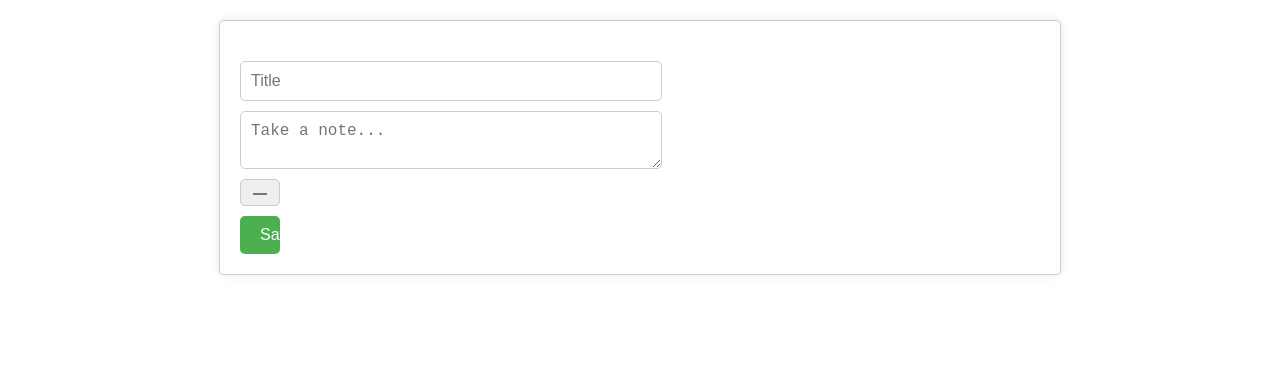
Repository: drumsmanku/google-keep-clone-1
Page: /
These files come from the project's save history. The page is drawn as it stood at one moment and after the next save; the edit follows.
The browser window is 1280 px wide. The pictures show the whole page.
The project was rebuilt for these pictures with package versions that can differ from the ones it lists, and the page was loaded fresh each time. Also part of the build but not shown: src/Components/Note.css, src/Components/Note.js.

Above is the page before, as saved 2023-12-23 10:53:05.

### src/App.js
import React, { useState, useEffect } from 'react';
import NoteList from './Components/NoteList';
import NoteForm from './Components/NoteForm';
import './App.css';

function App() {
  // Load notes from local storage or set to empty array
  const [notes, setNotes] = useState(
    JSON.parse(localStorage.getItem('notes')) || []
  );

  // This effect saves notes to local storage whenever notes state changes
  useEffect(() => {
    localStorage.setItem('notes', JSON.stringify(notes));
  }, [notes]);

  const createNote = (note) => {
    setNotes([note, ...notes]); // Prepend the new note to the beginning of the list
  };

  const editNote = (id, updatedNote) => {
    setNotes(notes.map(note => note.id === id ? updatedNote : note));
  };

  const deleteNote = (id) => {
    setNotes(notes.filter(note => note.id !== id)); // Remove note by id
  };

  return (
    <div className="app">
      <NoteForm onCreate={createNote} />
      <NoteList notes={notes} onDelete={deleteNote} onEdit={editNote} />
    </div>
  );
}

export default App;

### src/Components/NoteList.js
// NoteList does not need to change much, but it will pass the delete and edit functions down to Notes.
import React from 'react';
import Note from './Note';
import './NoteList.css';

function NoteList({ notes, onDelete, onEdit }) {
  return (
    <div className="note-list">
      {notes.map((note) => (
        <Note
          key={note.id}
          note={note}
          onDelete={onDelete}
          onEdit={onEdit}
        />
      ))}
    </div>
  );
}

export default NoteList;

### src/Components/NoteForm.js
// NoteForm will handle the creation of new notes.
import React, { useState } from 'react';
import './NoteForm.css'

function NoteForm({ onCreate }) {
  const [newNote, setNewNote] = useState({
    title: '',
    content: '',
    color: '#FFFFFF'
  });

  const handleSave = () => {
    if (newNote.title && newNote.content) {
      onCreate({ ...newNote, id: Date.now(), editTimestamp: Date.now() });
      setNewNote({ title: '', content: '', color: '#FFFFFF' }); // Reset the form
    }
  };

  const handleChange = (e) => {
    setNewNote({ ...newNote, [e.target.name]: e.target.value });
  };

  return (
    <div className="note-form">
      <input
        name="title"
        type="text"
        value={newNote.title}
        onChange={handleChange}
        placeholder="Title"
      />
      <textarea
        name="content"
        value={newNote.content}
        onChange={handleChange}
        placeholder="Take a note..."
      />
      <input
        name="color"
        type="color"
        value={newNote.color}
        onChange={handleChange}
      />
      <button onClick={handleSave}>Save</button>
    </div>
  );
}

export default NoteForm;

### src/App.css
.app {
  max-width: 800px;
  margin: 20px auto;
  padding: 20px;
  border: 1px solid #ccc;
  border-radius: 5px;
  background-color: #fff;
  box-shadow: 0 0 10px rgba(0, 0, 0, 0.1);
}

### src/Components/NoteList.css
.note-list {
  display: grid;
  grid-template-columns: repeat(auto-fill, minmax(250px, 1fr));
  gap: 20px;
}

### src/Components/NoteForm.css
.note-form {
  margin-top: 20px;
  display: flex;
  flex-direction: column;
}

.note-form input,
.note-form textarea {
  width: 50%;
  padding: 10px;
  margin-bottom: 10px;
  font-size: 16px;
  border: 1px solid #ccc;
  border-radius: 5px;
}

.note-form input[type='color']{
  width: 5%;
  padding: 10px;
  margin-bottom: 10px;
  font-size: 16px;
  border: 1px solid #ccc;
  border-radius: 5px;
  margin-right: 1rem;
}

.note-form button {
  width: 5%;
  padding: 10px 20px;
  font-size: 16px;
  border: none;
  border-radius: 5px;
  background-color: #4CAF50;
  color: white;
  cursor: pointer;
  transition: background-color 0.3s;
}

.note-form button:hover {
  background-color: #45a049;
}

Loaded but not shown: public/index.html (common file); src/index.js (common file); src/index.css (common file)

After the next save:
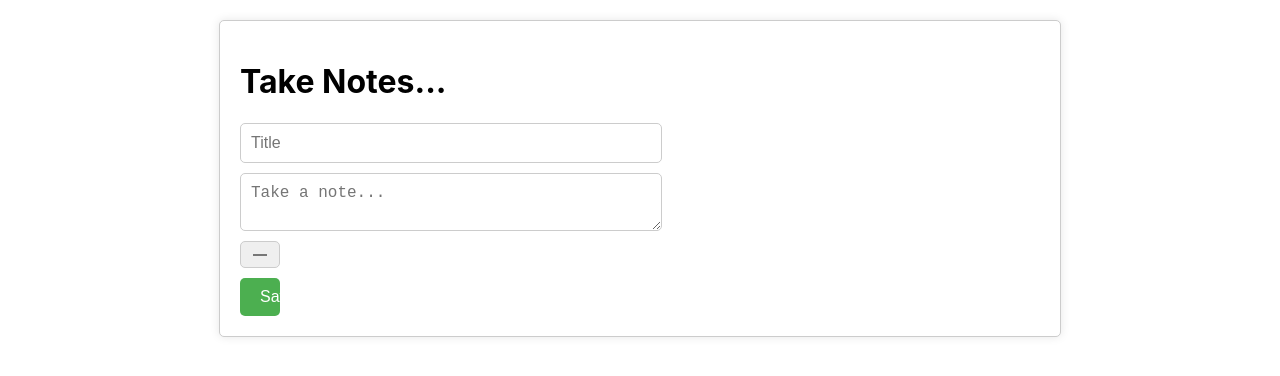
Saved 2 min 29 s later.
--- a/src/App.js
+++ b/src/App.js
@@ -28,6 +28,7 @@ function App() {
 
   return (
     <div className="app">
+      <h1>Take Notes...</h1>
       <NoteForm onCreate={createNote} />
       <NoteList notes={notes} onDelete={deleteNote} onEdit={editNote} />
     </div>
